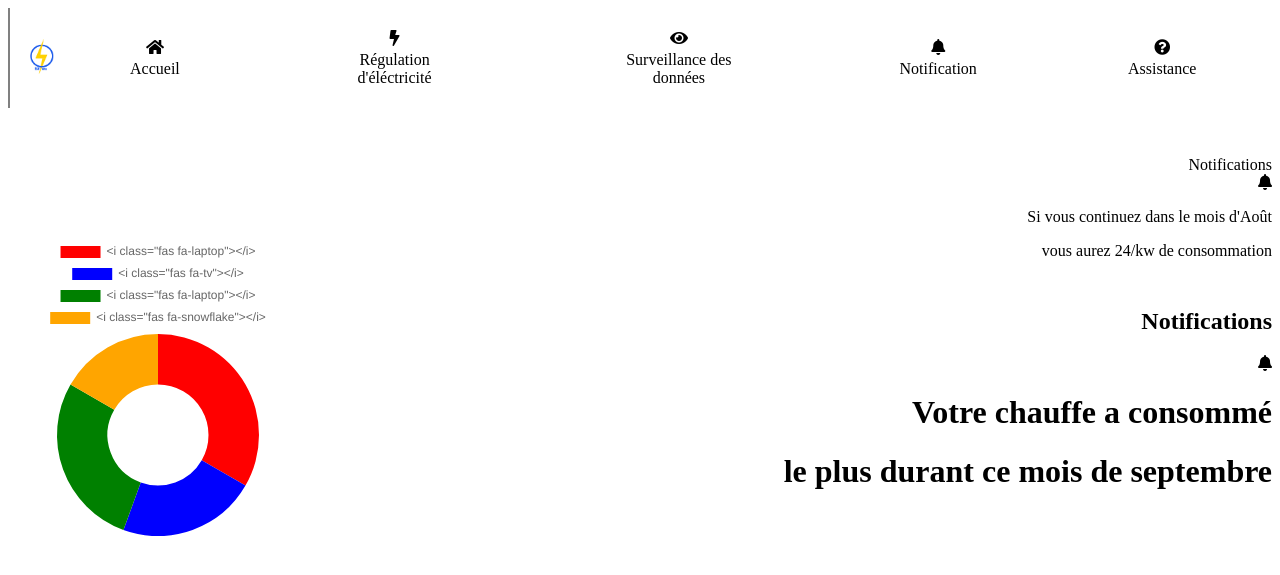
Repository: hamdia200/OSC-Ecowiz
Page: http://localhost/accueil
These files come from the project's save history. The page is drawn as it stood at one moment and after the next save; the edit follows.
The browser window is 1280 px wide. The pictures show the whole page.
The page is served by the project's Laravel application, run on PHP 8.4 with Laravel 10.

Above is the page before, as saved 2023-08-18 13:34:20.

After the next save:
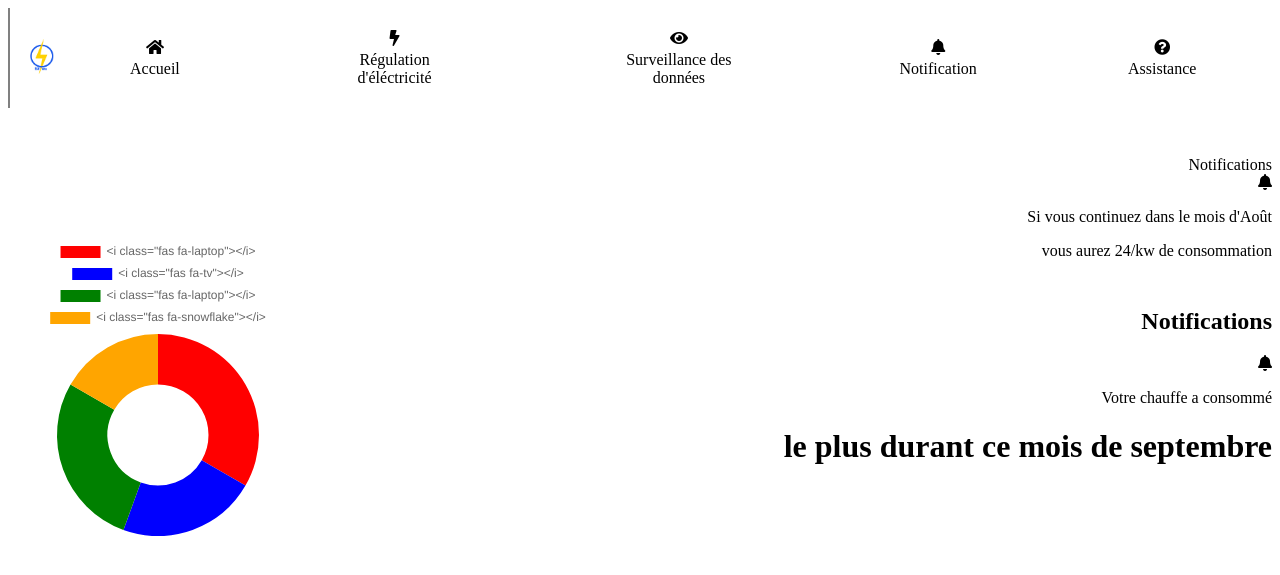
Saved 4 s later.
--- a/resources/views/accueil.blade.php
+++ b/resources/views/accueil.blade.php
@@ -58,7 +58,7 @@
                         <div class="notifications2">
                             <h2>Notifications</h2>
                             <i class="fas fa-bell"></i>
-                                <h1> Votre chauffe a consommé </h1> <h1> le plus durant ce mois de septembre </h1>
+                                <p> Votre chauffe a consommé </p> <h1> le plus durant ce mois de septembre </h1>
                         </div>
                     </div>
                 </div>
